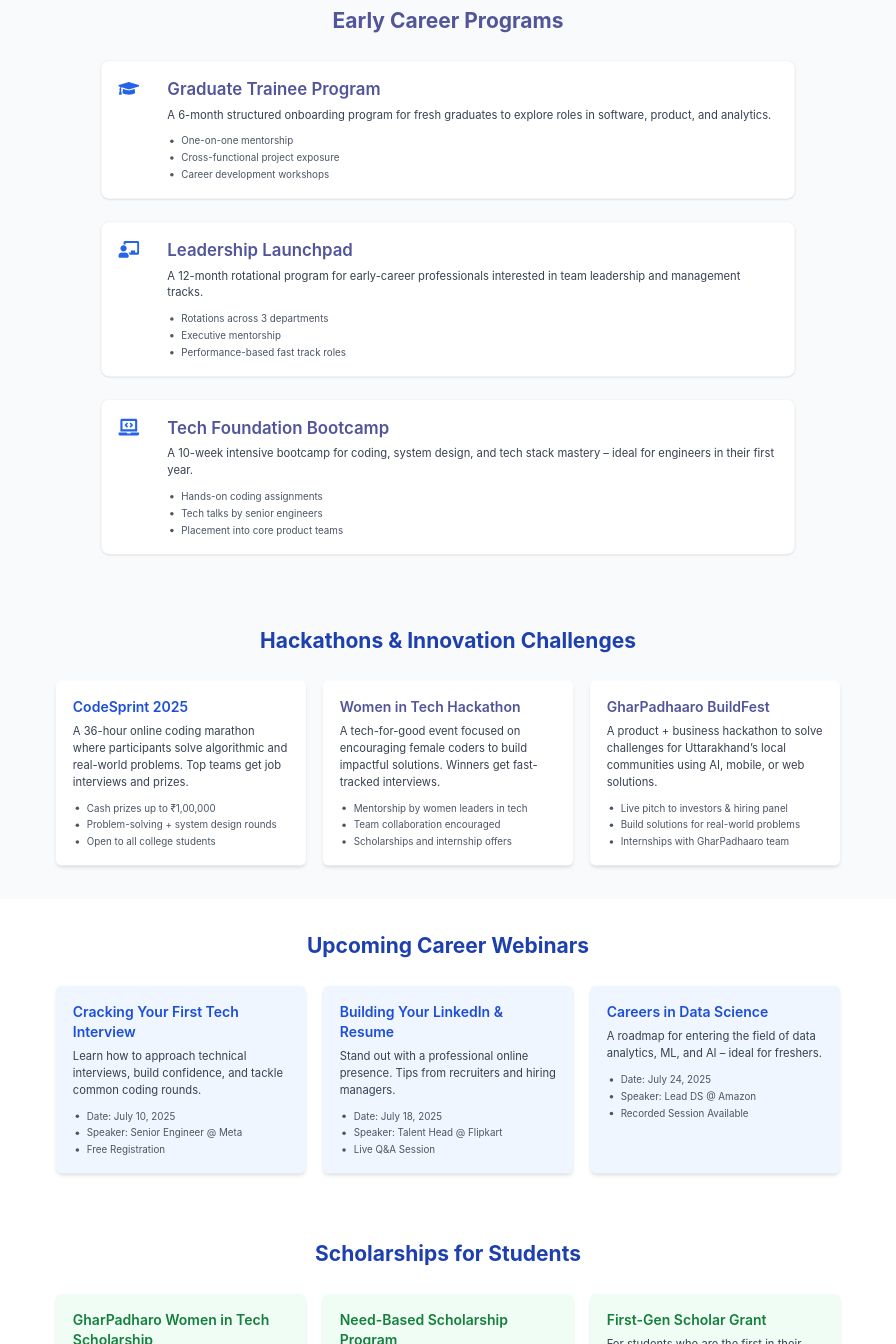
Repository: Siddharthkothiyal/GharPadhaaroCareerWebsite
Page: /#/students
These files come from the project's save history. The page is drawn as it stood at one moment and after the next save; the edit follows.
The browser window is 1280 px wide. The pictures show the part of the page from y = 2086 to 4006 px (the page is 5581 px tall), at 70% of full size.
The project was rebuilt for these pictures with package versions that can differ from the ones it lists, and the page was loaded fresh each time. Also part of the build but not shown: src/components/CareerPortal/JobListing/JobListings.css, src/components/CareerPortal/JobListing/JobListings.js, src/components/CareerPortal/Header.css, src/components/CareerPortal/ResumeUpload.css, src/components/CareerPortal/ResumeUpload.js, src/components/CareerPortal/Header.js, src/components/CareerPortal/JobListing/JobSearch.css, src/components/CareerPortal/JobListing/JobSearch.js and 10 more.

Above is the page before, as saved 2025-06-21 22:10:52.

After the next save:
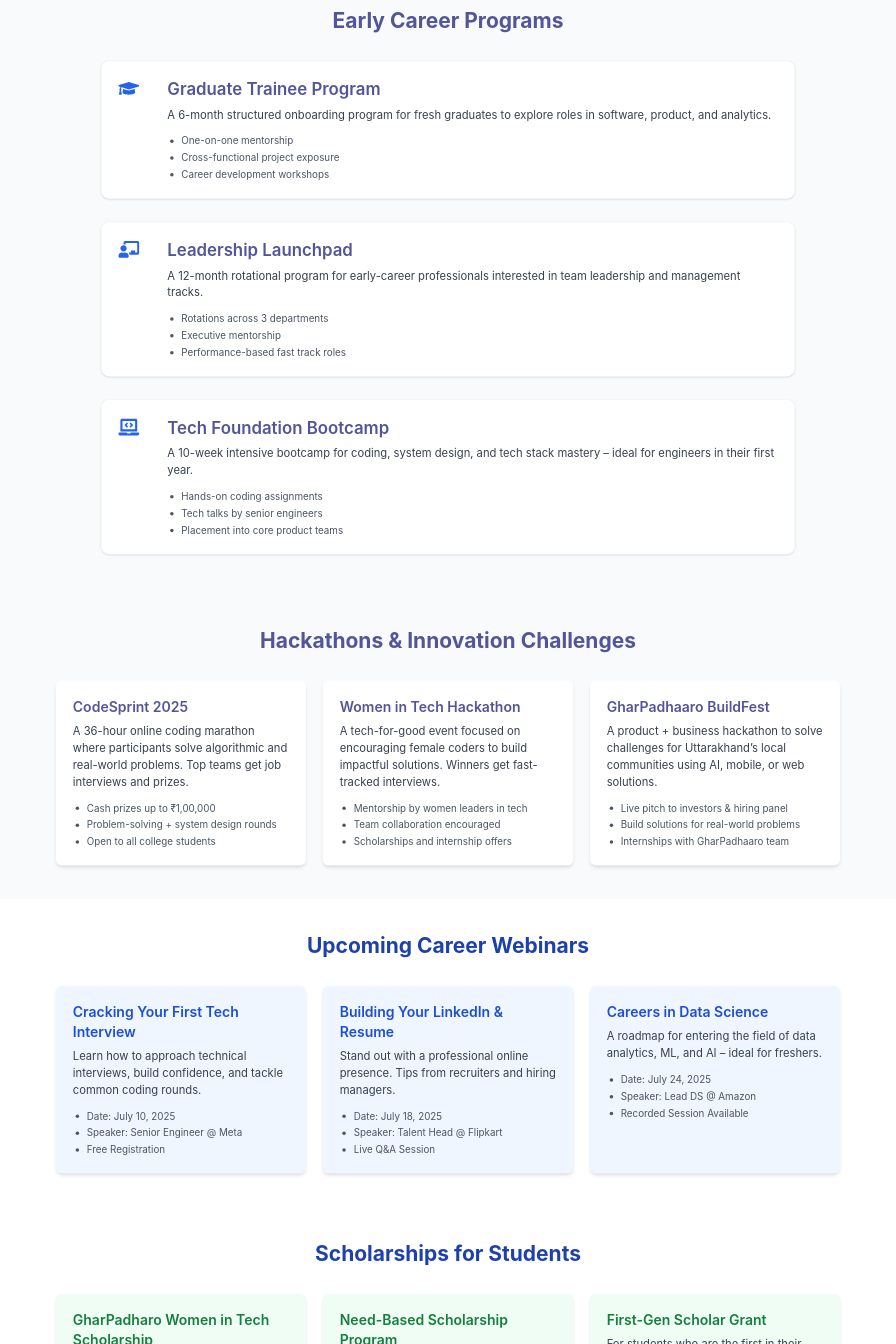
Saved 31 s later.
--- a/src/components/CareerPortal/StudentsPage/sections/Hackathons.js
+++ b/src/components/CareerPortal/StudentsPage/sections/Hackathons.js
@@ -4,14 +4,14 @@ const Hackathon = () => {
   return (
     <section className="py-12 bg-gray-50">
       <div className="max-w-6xl mx-auto px-4">
-        <h2 className="text-3xl font-bold text-center text-blue-800 mb-10">
+        <h2 className="text-3xl font-bold text-center text-[#525599] mb-10">
           Hackathons & Innovation Challenges
         </h2>
 
         <div className="grid md:grid-cols-3 gap-6">
           {/* Hackathon 1 */}
           <div className="bg-white rounded-lg shadow-md p-6 hover:shadow-lg transition">
-            <h3 className="text-xl font-semibold text-blue-700 mb-2">
+            <h3 className="text-xl font-semibold text-[#525599] mb-2">
               CodeSprint 2025
             </h3>
             <p className="text-gray-700 mb-4">
